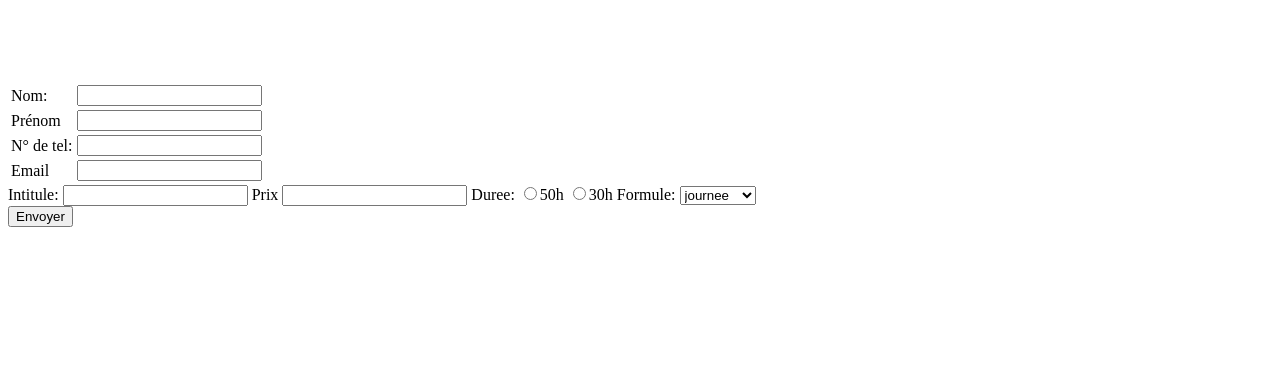
Repository: imouahrani/Gestion-des-stagiaires_JAVAEE
Page: http://localhost/TestInscripStagiaire/Formation.jsp
These files come from the project's save history. The page is drawn as it stood at one moment and after the next save; the edit follows.
The browser window is 1280 px wide. The pictures show the whole page.
The page is served by Tomcat 9. Other server files are loaded and not shown. The template is opened directly, without the code that normally fills it, so the values that code supplies are empty.

Above is the page before, as saved 2018-07-31 18:24:03.

### Formation Java Entreprise Edition/TestInscripStagiaire/WebContent/Formation.jsp
<%@ page language="java" contentType="text/html; charset=UTF-8"
	pageEncoding="UTF-8"%>
<!DOCTYPE html PUBLIC "-//W3C//DTD HTML 4.01 Transitional//EN" "http://www.w3.org/TR/html4/loose.dtd">
<html>
<head>
<meta http-equiv="Content-Type" content="text/html; charset=UTF-8">
<title>Insert title here</title>
</head>
<body>
	<br>
	<br>
	<br>
	<br>
	<b style="color: red;"> <%
 	String message = (String) request.getAttribute("m");
 	if (message != null)
 		out.print(message);
 %>
	</b>

	<form action="TraiteFormation" method="post">

		<table>
		<tr>
		<table>
	<tr>

			<tr>

				<td>Nom:</td>

				<td><input type="text" name="nom"></td>


			</tr>
			<tr>

				<td>Prénom</td>

				<td><input type="text" name="prenom"></td>


			</tr>


			<tr>

				<td>N° de tel:</td>

				<td><input type="text" name="numTel" ></td>


			</tr>


			<tr>

				<td>Email</td>

				<td><input type="text" name="email"></td>


			</tr>




</table>




			<tr>

				<td>Intitule:</td>

				<td><input type="text" name="intitule"></td>


			</tr>
			<tr>

				<td>Prix</td>

				<td><input type="text" name="prix"></td>


			</tr>


			<tr>

				<td>Duree:</td>

				<td><input type="radio" name="duree" value="50h">50h</td>
				<td><input type="radio" name="duree" value="30h">30h</td>



			</tr>


			<tr>

				<td>Formule:</td>

				<td>

				<select name="formule">
						<option>journee</option>
						<option>soir</option>
						<option>weekend</option>

				    </select>

				</td>


			</tr>






		</table>
		</tr>
		</table>


				<br> <input type="submit" value="Envoyer">

	</form>


</body>
</html>

After the next save:
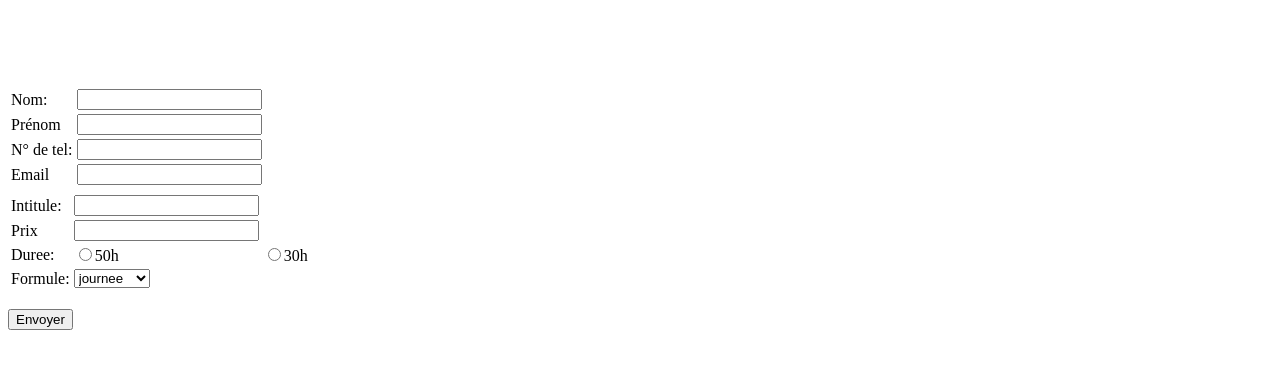
Saved 2 min 32 s later.
--- a/Formation Java Entreprise Edition/TestInscripStagiaire/WebContent/Formation.jsp
+++ b/Formation Java Entreprise Edition/TestInscripStagiaire/WebContent/Formation.jsp
@@ -23,6 +23,7 @@
 		<table>
 		<tr>
 		<table>
+		<td>
 	<tr>
 
 			<tr>
@@ -63,13 +64,14 @@
 			</tr>
 
 
-
-
+</td>
 </table>
 
 
 
+<table>
 
+<td>
 			<tr>
 
 				<td>Intitule:</td>
@@ -122,7 +124,7 @@
 
 
 
-
+</td>
 		</table>
 		</tr>
 		</table>
